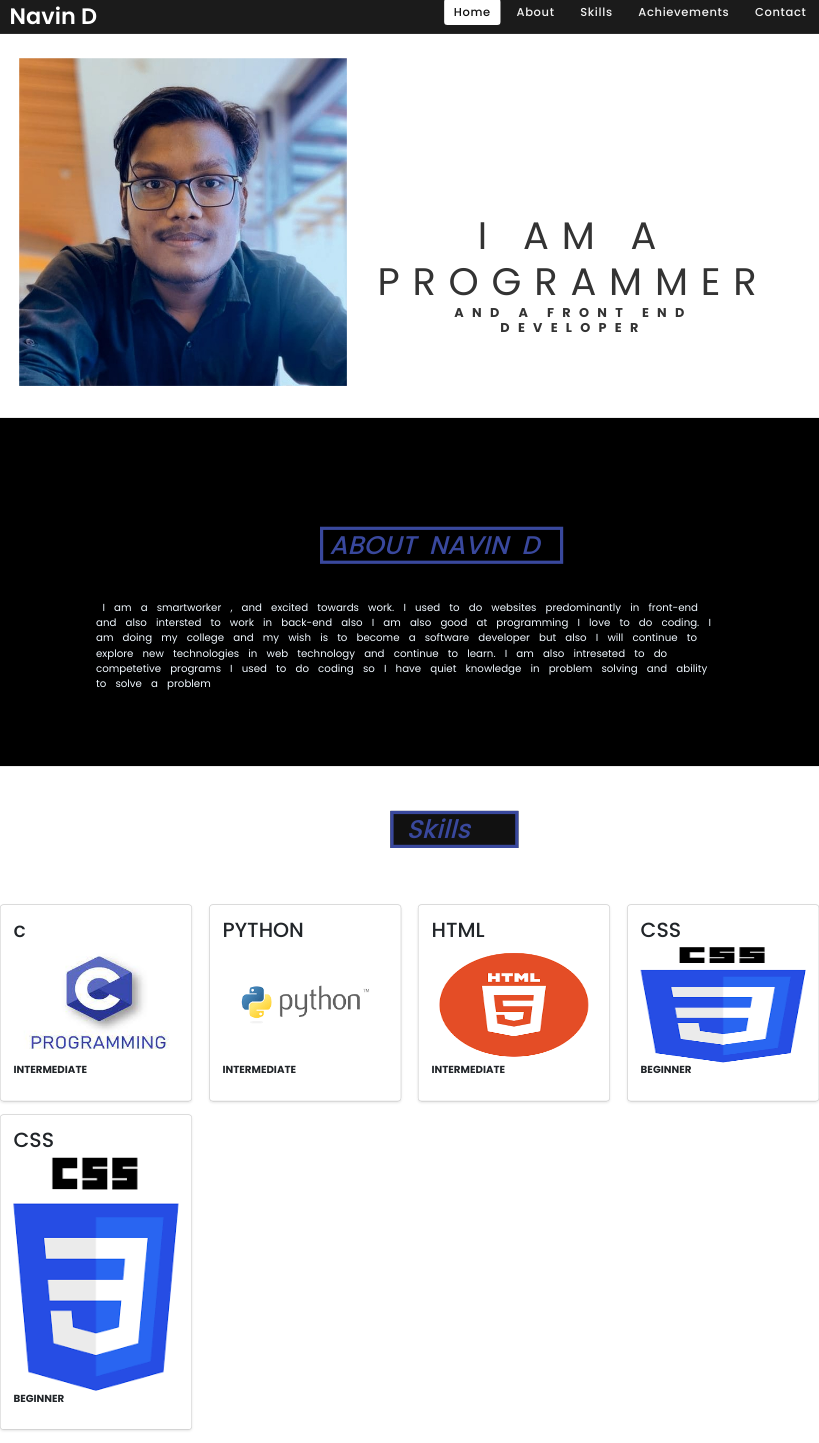
Repository: NavinDayanithi/OIBSIP
Page: Portfolio/index.html
An editor plug-in stored every save of this project. The page is shown before and after a run of saves, followed by the edit.
The browser window is 1280 px wide. The pictures show the whole page, at 64% of full size.

Above is the page before, as saved 2023-02-21 20:20:57.
Console error: TypeError: Cannot read properties of undefined (reading 'fn')

### Portfolio/index.html
<!DOCTYPE html>
<!-- Created By CodingNepal -->
<html lang="en" dir="ltr">
   <head>

      <meta charset="utf-8">
      <title>Navin's Portfolio</title>
      <script src="https://cdnjs.cloudflare.com/ajax/libs/OwlCarousel2/2.3.4/owl.carousel.min.js"></script>
      <script type="text/javascript" src="script.js"></script>
      <link rel="stylesheet" href="style.css">
      <link rel="stylesheet" href="https://cdnjs.cloudflare.com/ajax/libs/font-awesome/5.15.3/css/all.min.css"/>
      <meta name="viewport" content="width=device-width, initial-scale=1.0">
      <link href="https://cdn.jsdelivr.net/npm/bootstrap@5.3.0-alpha1/dist/css/bootstrap.min.css" rel="stylesheet" integrity="sha384-GLhlTQ8iRABdZLl6O3oVMWSktQOp6b7In1Zl3/Jr59b6EGGoI1aFkw7cmDA6j6gD" crossorigin="anonymous">
   </head>
   <body>
      <nav>
         <div class="logo">
            Navin D
         </div>
         <input type="checkbox" id="click">
         <label for="click" class="menu-btn">
         <i class="fas fa-bars"></i>
         </label>
         <ul>
            <li><a class="active" href="#">Home</a></li>
            <li><a href="#about">About</a></li>
            <li><a href="#skills">Skills</a></li>
            <li><a href="#">Achievements</a></li>
            <li><a href="#">Contact</a></li>
         </ul>
      </nav>
      <div >
        <img src="navinppimg.jpeg"  class="img1" alt="navinimg">
      </div>
      <div class="text-box">
        <h1 class="heading-primary">
         <span class="heading-primary-main">I am a Programmer</span>
          <span class="heading-primary-sub">and a front end developer</span>
         </h1>
   </div>
   <section class="about" id="about">
      <!-- <img class="about-img" src="https://embetronicx.com/wp-content/uploads/2017/08/background.jpg"  class="img1" alt="navinimg"> -->
      <div class="about-text">
         <h1> <i>ABOUT NAVIN D</i></h1>
         <br/>
         <br/>

         <p> I am a smartworker , and excited towards work.
             I used to do websites predominantly in front-end
             and also intersted to work in back-end also
             I am also good at programming I love to do coding. I am doing my college and my wish is to become a software developer but also I will continue to explore new technologies in web technology and continue to learn. I am also intreseted to do competetive programs I used to do coding so I have quiet knowledge in problem solving

            and ability to solve a problem</p>
      </div>


</section>
<section class="skills" id="skills">
    <h1><i>Skills</i></h1>

<div class="card-container">
   <div class="card">
     <h2>c</h2>
     <img class="c" src="c logo.jfif"></img>
     <p><b>INTERMEDIATE</b></p>
   </div>
   <div class="card">
     <h2>PYTHON</h2>
     <img class="py" src="py.png"></img>
     <p><b>INTERMEDIATE</b></p>
   </div>
   <div class="card">
     <h2>HTML</h2>
     <img class ="html" src="htmllogo.png"></img>
     <p><b>INTERMEDIATE</b></p>
   </div>
   <div class="card">
     <h2>CSS</h2>
     <img class ="css" src="css.png"></img>
     <p><b>BEGINNER</b></p>
   </div>

   <div class="card">
      <h2>CSS</h2>
      <img class ="react" src="css.png"></img>
      <p><b>BEGINNER</b></p>
    </div>

 </div>
 </section>
       </body>
</html>

### Portfolio/style.css
@import url('https://fonts.googleapis.com/css?family=Poppins:400,500,600,700&display=swap');
*{
  margin: 0;
  padding: 0;
  box-sizing: border-box;
  font-family: 'Poppins', sans-serif;
}
nav{
  display: flex;
  height: 100%;
  width: 100%;
  background: #1b1b1b;
  align-items: center;
  justify-content: space-between;
  /* padding: 0 50px 0 50px; */
  /* flex-wrap: wrap; */
}
nav .logo{
  color: #fff;
  font-size: 35px;
  font-weight: 600;
  margin-left: 15px;
}
nav ul{
  display: flex;
  flex-wrap: wrap;
  list-style: none;
}
nav ul li{
  margin: 0 5px;
}
nav ul li a{
  color: #f2f2f2;
  text-decoration: none;
  font-size: 18px;
  font-weight: 500;
  padding: 8px 15px;
  border-radius: 5px;
  letter-spacing: 1px;
  transition: all 0.3s ease;
}
nav ul li a.active,
nav ul li a:hover{
  color: #111;
  background: #fff;
}
nav .menu-btn i{
  color: #fff;
  font-size: 22px;
  cursor: pointer;
  display: none;
}
input[type="checkbox"]{
  display: none;
}
@media (max-width: 1000px){
  nav{
    padding: 0 40px 0 50px;
  }
}
@media (max-width: 920px) {
  nav .menu-btn i{
    display: block;
  }
  #click:checked ~ .menu-btn i:before{
    content: "\f00d";
  }
  nav ul{
    position: fixed;
    top: 80px;
    left: -100%;
    background: #111;
    height: 100vh;
    width: 100%;
    text-align: center;
    display: block;
    transition: all 0.3s ease;
  }
  #click:checked ~ ul{
    left: 0;
  }
  nav ul li{
    width: 100%;
    margin: 40px 0;
  }
  nav ul li a{
    width: 100%;
    margin-left: -100%;
    display: block;
    font-size: 20px;
    transition: 0.6s cubic-bezier(0.68, -0.55, 0.265, 1.55);
  }
  #click:checked ~ ul li a{
    margin-left: 0px;
  }
  nav ul li a.active,
  nav ul li a:hover{
    background: none;
    color: cyan;
  }
}
.content{
  position: absolute;
  top: 50%;
  left: 50%;
  transform: translate(-50%, -50%);
  text-align: center;
  z-index: -1;
  width: 100%;
  padding: 0 30px;
  color: #1b1b1b;
}
.content div{
  font-size: 40px;
  font-weight: 700;
}

.text-box {
    position: absolute;
    top: 60%;
    left: 70%;
    transform: translate(-50%, -50%);
    text-align:center;
  }

  .heading-primary {
      color:#333;
      text-transform: uppercase;
  }

  .heading-primary-main {
      display: block;
      font-size: 60px;
      font-weight: 400;
      letter-spacing: 20px;
     /*  Animation decalaration   */
      animation-name: moveInleft;
      animation-duration: 3s;
  }

  .heading-primary-sub {
      display: block;
      font-size: 20px;
      font-weight: 700;
      letter-spacing: 12.9px;

      animation-name: moveInRight;
      animation-duration: 3s;
  }

  @keyframes moveInleft {
      0% {
          opacity: 0;
          transform: translateX(-100px);
      }

      80% {
          transform: translateX(10px);
      }
      100% {
          opacity: 1;
          transform: translate(0);
      }
  }

  @keyframes moveInRight {
      0% {
          opacity: 0;
          transform: translateX(100px);
      }

      80% {
          transform: translateX(-10px);
      }

      100% {
          opacity: 1;
          transform: translate(0);
      }

  }
  .img1{
    margin-left: 30px;
     margin-top: 3%;
    display: block;
    height:40%;
    width:40%;


  }
  .a{
    float: left;
    /* display: inline; */
    width: 50%;


  }
  .b{
    /* display: inline; */
    float:right;
    width: 50%;
    margin-left: 50px;


  }
   .about{
    background-color: black;
    /* height: 500px; */
    /* width: 100%; */
   margin-top: 50px;

  }

 .about-text {
  padding-top: 100px;
  padding-bottom: 100px;
   padding-left: 150px;
   padding-right: 150px;
   word-spacing: 10px;
   text-indent: 10px;
   color:aliceblue


}
.about-text h1{
  color: rgb(57, 72, 157);
   margin-top: 70px;
   margin-left:350px;
  border:5px solid rgb(57, 72, 157);
  width: 380px;

}
 .skills h1{
  color: rgb(57, 72, 157);
  background-color: #111;
  margin-top: 70px;
  margin-left:610px;
  padding-left: 20px;
 border:5px solid rgb(57, 72, 157);
 width: 200px;

 }



 .card-container {
  display: flex;
  flex-wrap: wrap;
  justify-content: space-between;
  align-items: center;
  padding-top: 80px;
}
.card {
  background-color: #fff;
  border: 1px solid #ddd;
  border-radius: 5px;
  box-shadow: 0 2px 4px rgba(0, 0, 0, 0.1);
  margin-bottom: 20px;
  width: calc(33.33% - 10px);
  max-width: 300px;
  padding: 20px;
  box-sizing: border-box;

}
.c{
  height: 180px;
}
.py{
  height: 180px;
}
.css{
  height: 180px;
}
.html{
  height: 180px;
}

Loaded but not shown: Portfolio/script.js (common file)

After the next 2 saves:
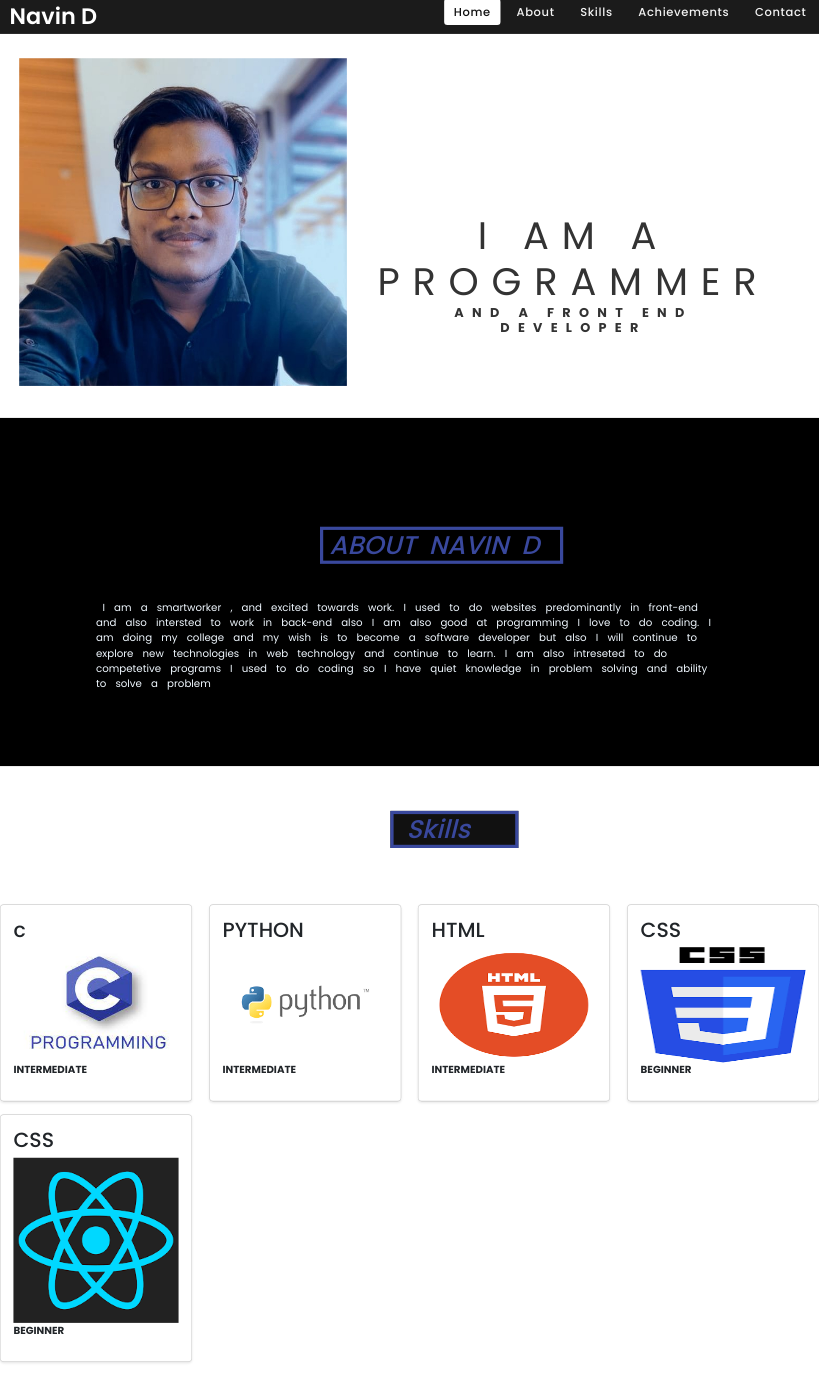
The 2 saves are shown as one change because they came seconds apart.
The last was saved 10 s later.
--- a/Portfolio/index.html
+++ b/Portfolio/index.html
@@ -82,7 +82,7 @@
 
    <div class="card">
       <h2>CSS</h2>
-      <img class ="react" src="css.png"></img>
+      <img class ="react" src="react2.png"></img>
       <p><b>BEGINNER</b></p>
     </div>
 
